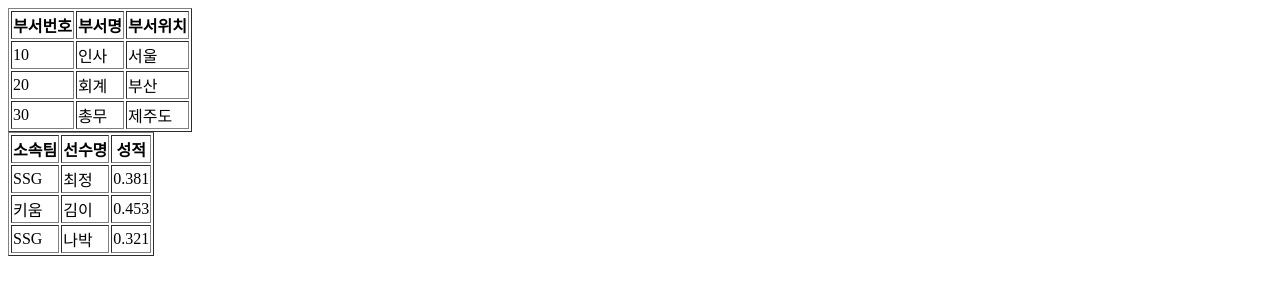
Repository: buildadoor/eclipse
Page: http://localhost/jspexp/a02_jsp/a01_begin/a04_ObjectArray.jsp
The author's editor kept a copy of each file at every save. The page is drawn from the files as they stood at one save, then again after the next save.
The browser window is 1280 px wide. The pictures show the whole page.
The page is served by Tomcat 9.

Above is the page before, as saved 2022-11-15 02:24:30.

After the next save:
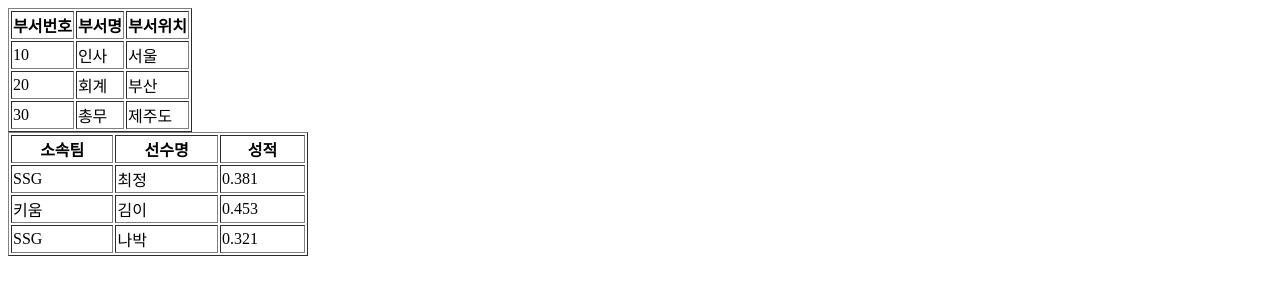
Saved 40 s later.
--- a/jspexp/src/main/webapp/a02_jsp/a01_begin/a04_ObjectArray.jsp
+++ b/jspexp/src/main/webapp/a02_jsp/a01_begin/a04_ObjectArray.jsp
@@ -47,7 +47,7 @@
 </table>
 <%--팀명 선수명 성적을 Player라는 vo 클래스를 만들고 출력처리해보세요 --%>
 
-   <table border>
+   <table width=300px border>
 	<tr><th>소속팀</th><th>선수명</th><th>성적</th></tr>
 	<%for(Player p:plist){%>
 	<tr><td><%=p.getTeam()%></td><td><%=p.getPname()%></td><td><%=p.getScore()%></td></tr>
